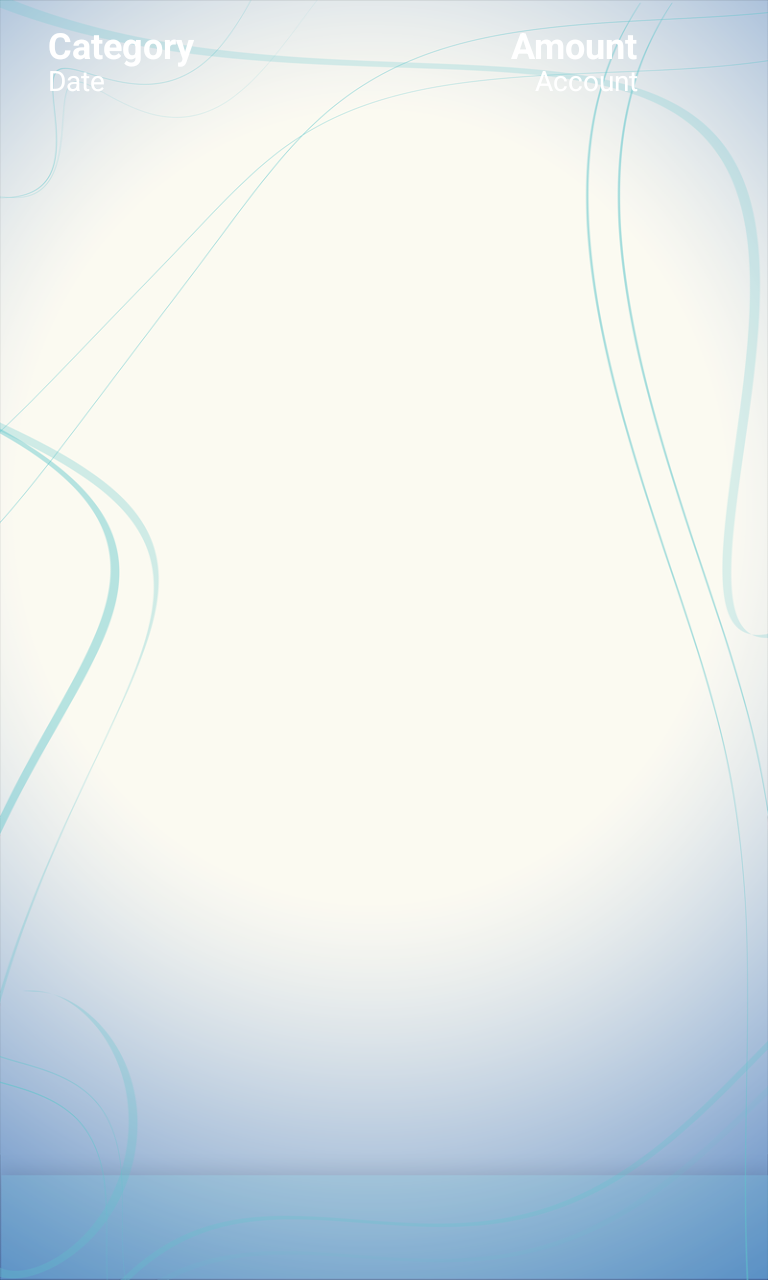
Repository: marlon-rodrigues/Nummus_Android
Layout: Nummus/res/layout/list_incexp.xml
The author's editor kept a copy of each file at every save. The layout is drawn from the files as they stood at one save, then again after the next save.
It is drawn on a 768 x 1280 px phone screen (xhdpi) without system bars, with theme AppTheme; the app's code is not run.

Above is the layout before, as saved 2012-08-22 15:54:02.

After the next save:
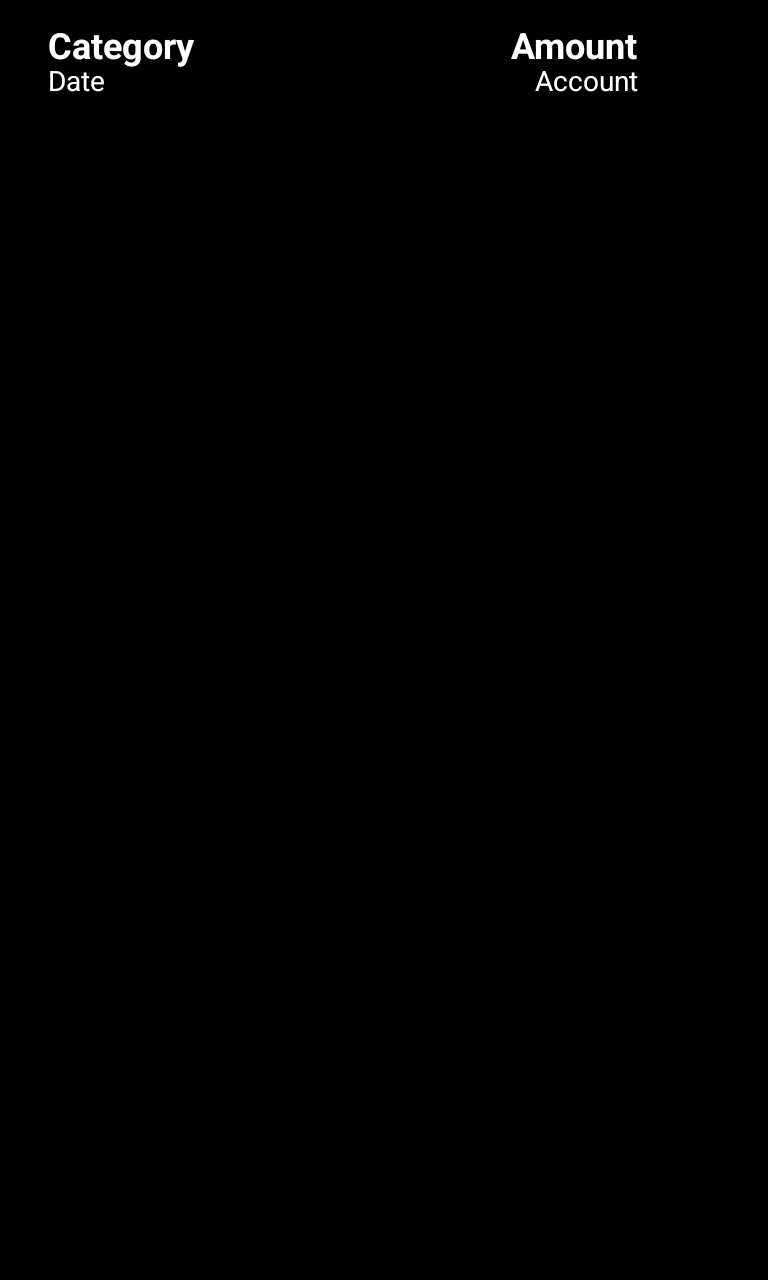
Saved 10 s later.
--- a/Nummus/res/layout/list_incexp.xml
+++ b/Nummus/res/layout/list_incexp.xml
@@ -1,8 +1,7 @@
 <?xml version="1.0" encoding="utf-8"?>
 <RelativeLayout xmlns:android="http://schemas.android.com/apk/res/android"
     android:layout_width="match_parent"
-    android:layout_height="match_parent"
-    android:background="@drawable/emptybackground" >
+    android:layout_height="match_parent" >
 
     <TextView
         android:id="@+id/textCategory"
